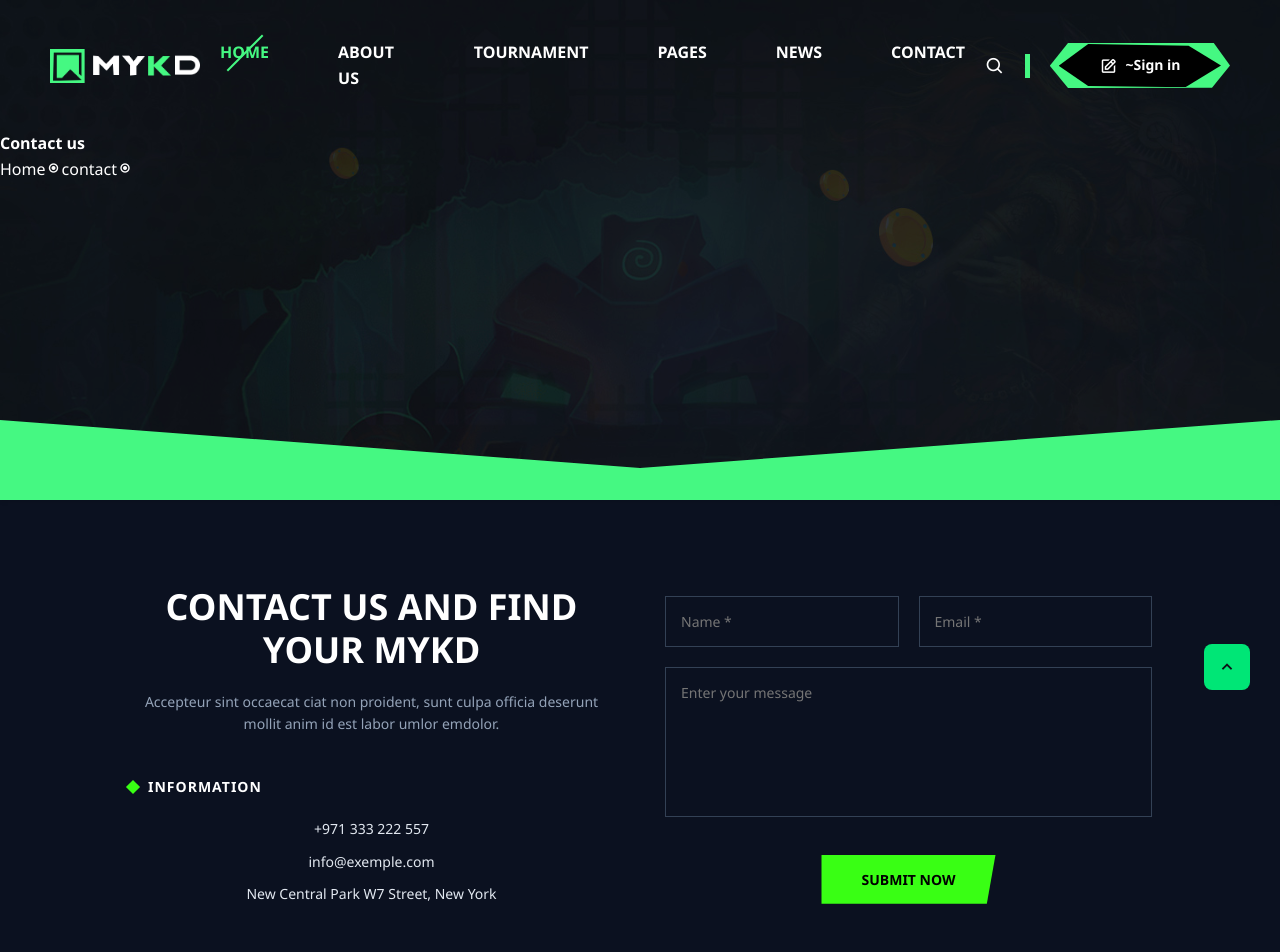
Repository: elfahl52/-MYKD-eSport-and-Gaming
Page: contact.html
The author's editor kept a copy of each file at every save. The page is drawn from the files as they stood at one save, then again after a run of saves.
The browser window is 1280 px wide. The pictures show the part of the page from y = 0 to 952 px (the page is 1882 px tall).
Some web fonts or font styles are not loaded; a fallback is used.

Above is the page before, as saved 2026-06-11 08:27:46.

After the next 2 saves:
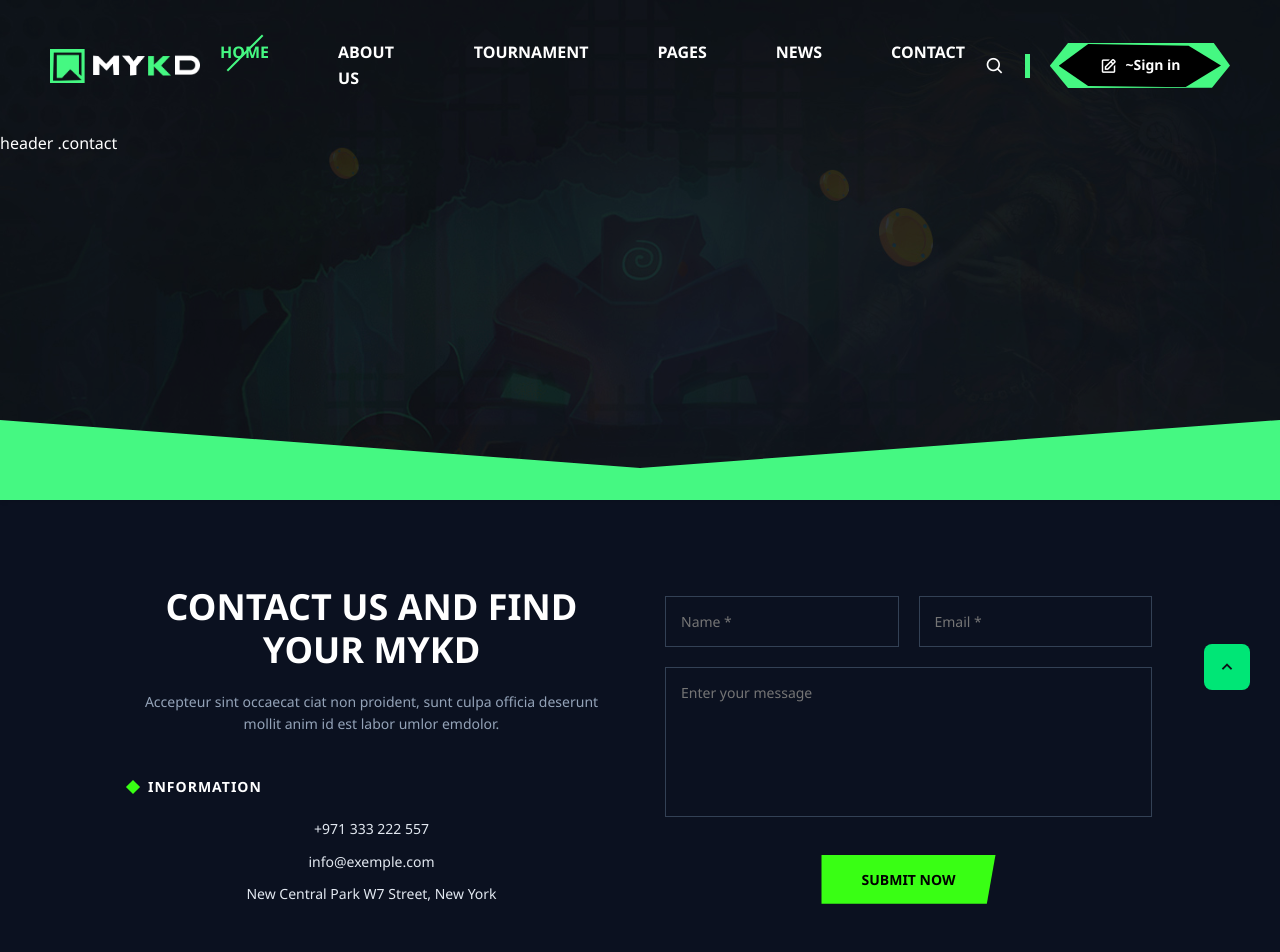
The 2 saves are shown as one change because they came seconds apart.
The last was saved 6 s later.
--- a/contact.html
+++ b/contact.html
@@ -191,12 +191,10 @@
         </nav>
         <!-- end nav -->
 
-        <!-- content -->
-        <div class="content">
-            <b>Contact us</b>
-            <p>Home<i class="bx bx-radio-circle-marked"></i><span>contact<i
-                        class="bx bx-radio-circle-marked"></i></span></p>
-        </div>
+           <!-- content -->
+          <div class="content">
+             header .contact
+          </div>
         <!-- Mobile Menu Overlay -->
         <div class="mobile-menu" id="mobileMenu">
             <div class="mobile-menu-header">
